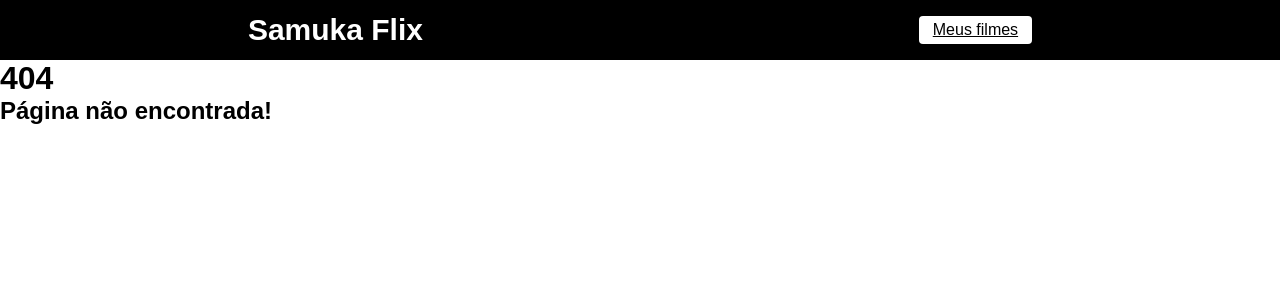
Repository: devsamuel23/primeflix_git
Page: /favoritos
These files come from the project's save history. The page is drawn as it stood at one moment and after a run of saves; the edit follows.
The browser window is 1280 px wide. The pictures show the whole page.
The project was rebuilt for these pictures with package versions that can differ from the ones it lists, and the page was loaded fresh each time. Also part of the build but not shown: src/pages/Home/home.css, src/pages/Home/index.js, src/pages/Filme/index.js.

Above is the page before, as saved 2023-05-19 23:36:56.

After the next 4 saves:
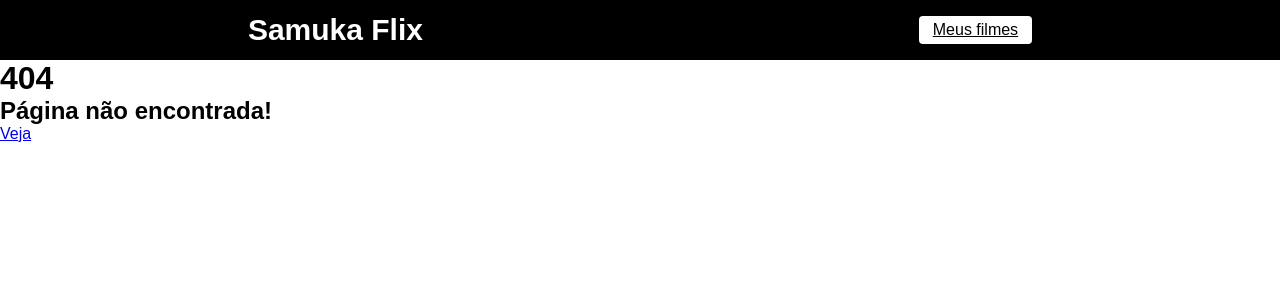
The 4 saves are shown as one change because they came seconds apart.
The last was saved 11 s later.
--- a/src/pages/Erro/index.js
+++ b/src/pages/Erro/index.js
@@ -1,11 +1,11 @@
-import { LINK } from 'react-router-dom'
+import { LINK, Link } from 'react-router-dom'
 
 function Erro(){
     return(
         <div className="not-found">
             <h1>404</h1>
             <h2>Página não encontrada!</h2>
-
+            < Link> Veja </Link>
         </div>
     )
 }
